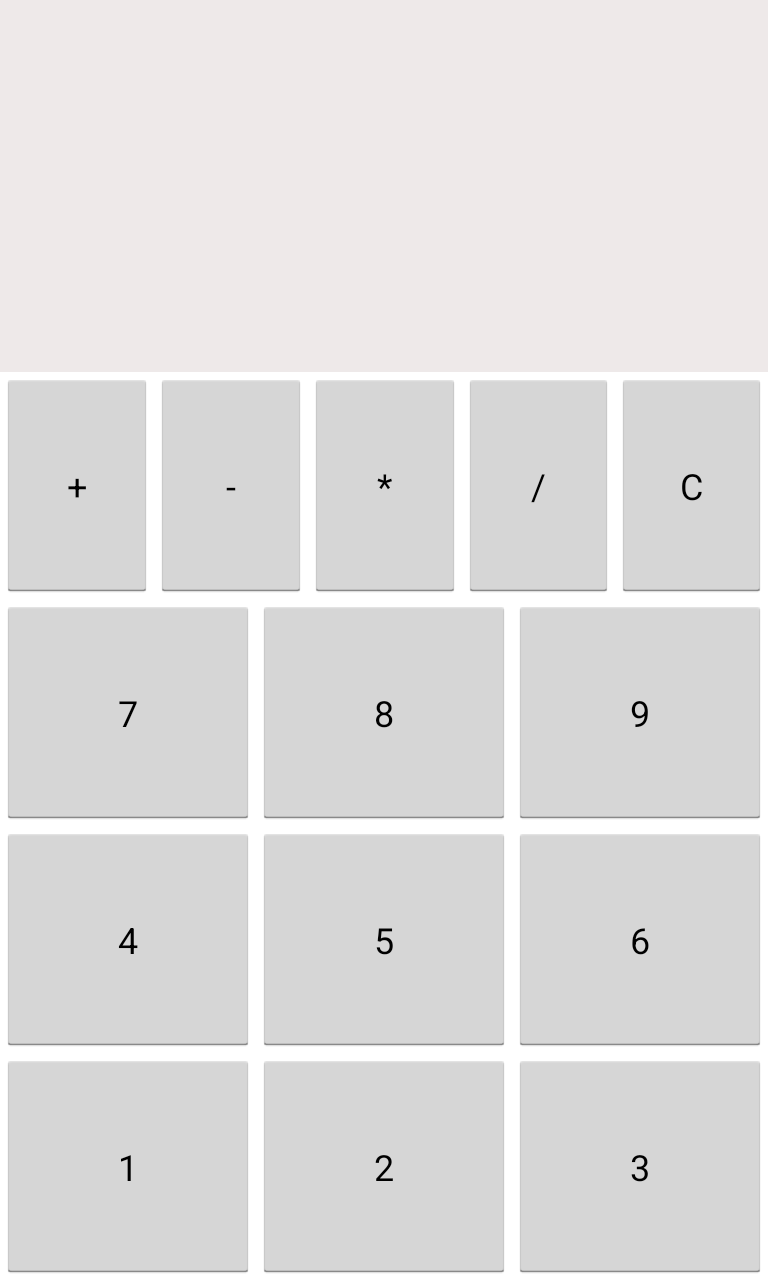
Repository: Xiao-Jian/Android
Layout: Calculator1/res/layout/activity_main.xml
These files come from the project's save history. The layout is drawn as it stood at one moment and after the next save; the edit follows.
It is drawn on a 768 x 1280 px phone screen (xhdpi) without system bars, with theme AppTheme; the app's code is not run.

Above is the layout before, as saved 2015-05-14 05:36:41.

After the next save:
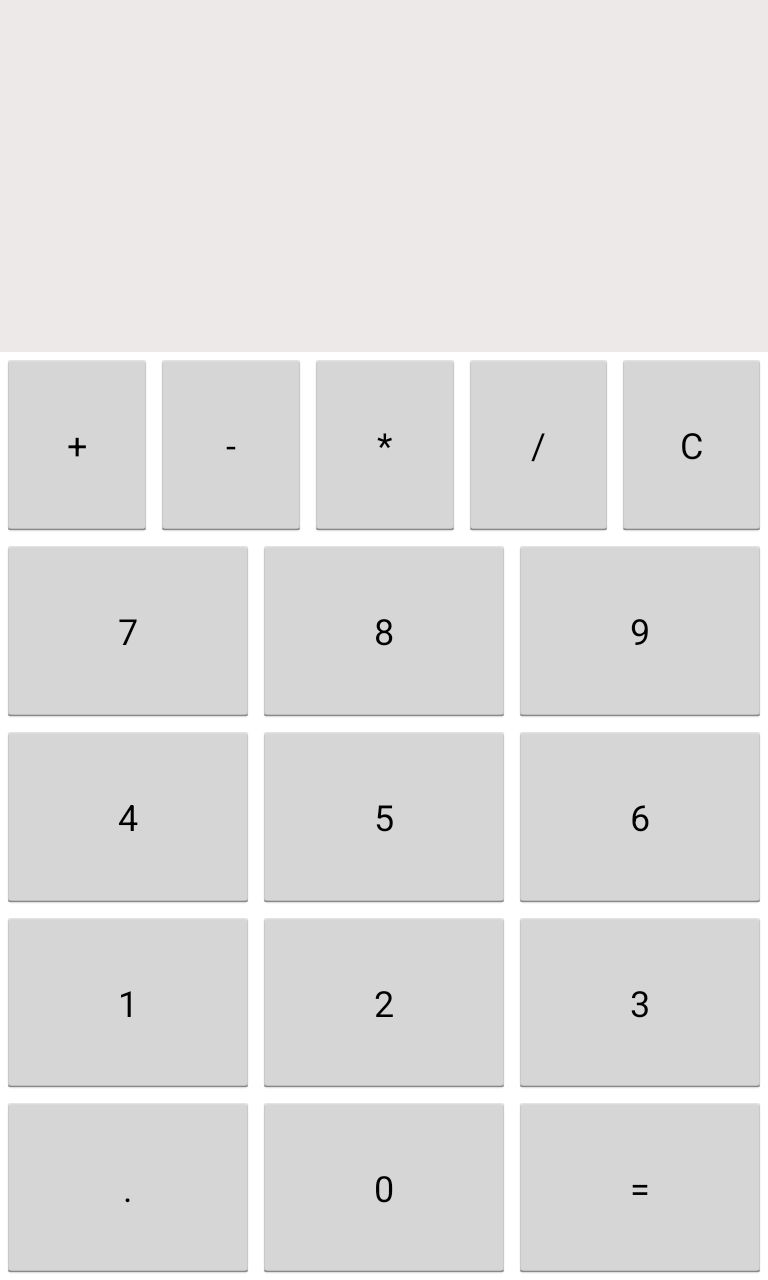
Saved 51 s later.
--- a/Calculator1/res/layout/activity_main.xml
+++ b/Calculator1/res/layout/activity_main.xml
@@ -154,5 +154,32 @@
         		android:text="@string/three" />
 
         </LinearLayout>
+
+        <LinearLayout
+            android:layout_width="match_parent"
+            android:layout_height="match_parent"
+            android:layout_weight="1"
+            android:orientation="horizontal" >
+
+        	<Button
+            	android:id="@+id/point"
+        		android:layout_width="match_parent"
+        		android:layout_height="match_parent"
+        		android:layout_weight="1"
+        		android:text="@string/point" />
+        	<Button
+            	android:id="@+id/zero"
+        		android:layout_width="match_parent"
+        		android:layout_height="match_parent"
+        		android:layout_weight="1"
+        		android:text="@string/zero" />
+       		<Button
+            	android:id="@+id/equal"
+        		android:layout_width="match_parent"
+        		android:layout_height="match_parent"
+        		android:layout_weight="1"
+        		android:text="@string/equal" />
+
+        </LinearLayout>
     </LinearLayout>
 </LinearLayout>
